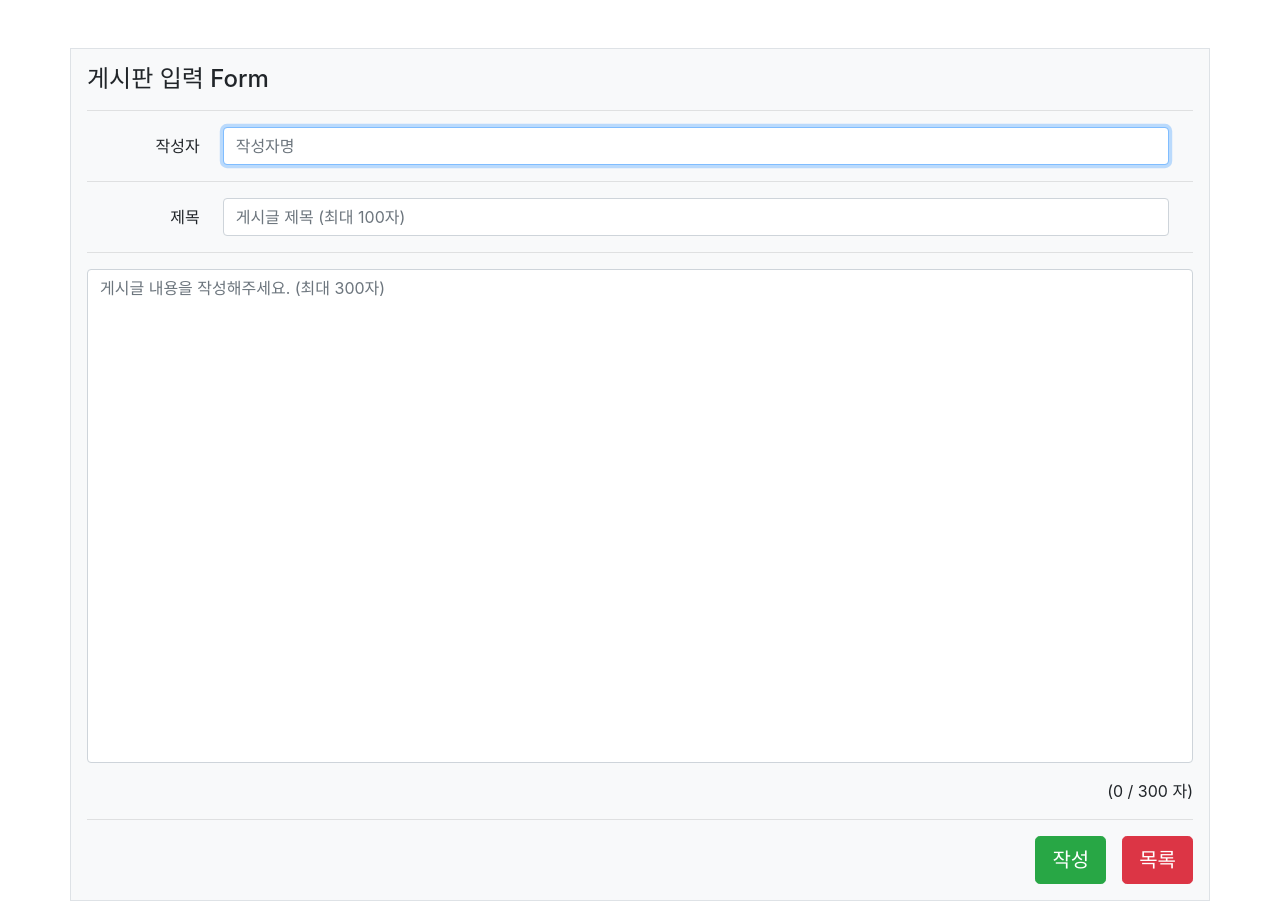
Repository: rasz60/ezen
Page: http://localhost/jspMVC/
The author's editor kept a copy of each file at every save. The page is drawn from the files as they stood at one save, then again after the next save.
The browser window is 1280 px wide. The pictures show the whole page.
Some web libraries are served in a nearby version. The page is served by Tomcat 9.

Above is the page before, as saved 2022-02-15 01:36:41.

After the next save:
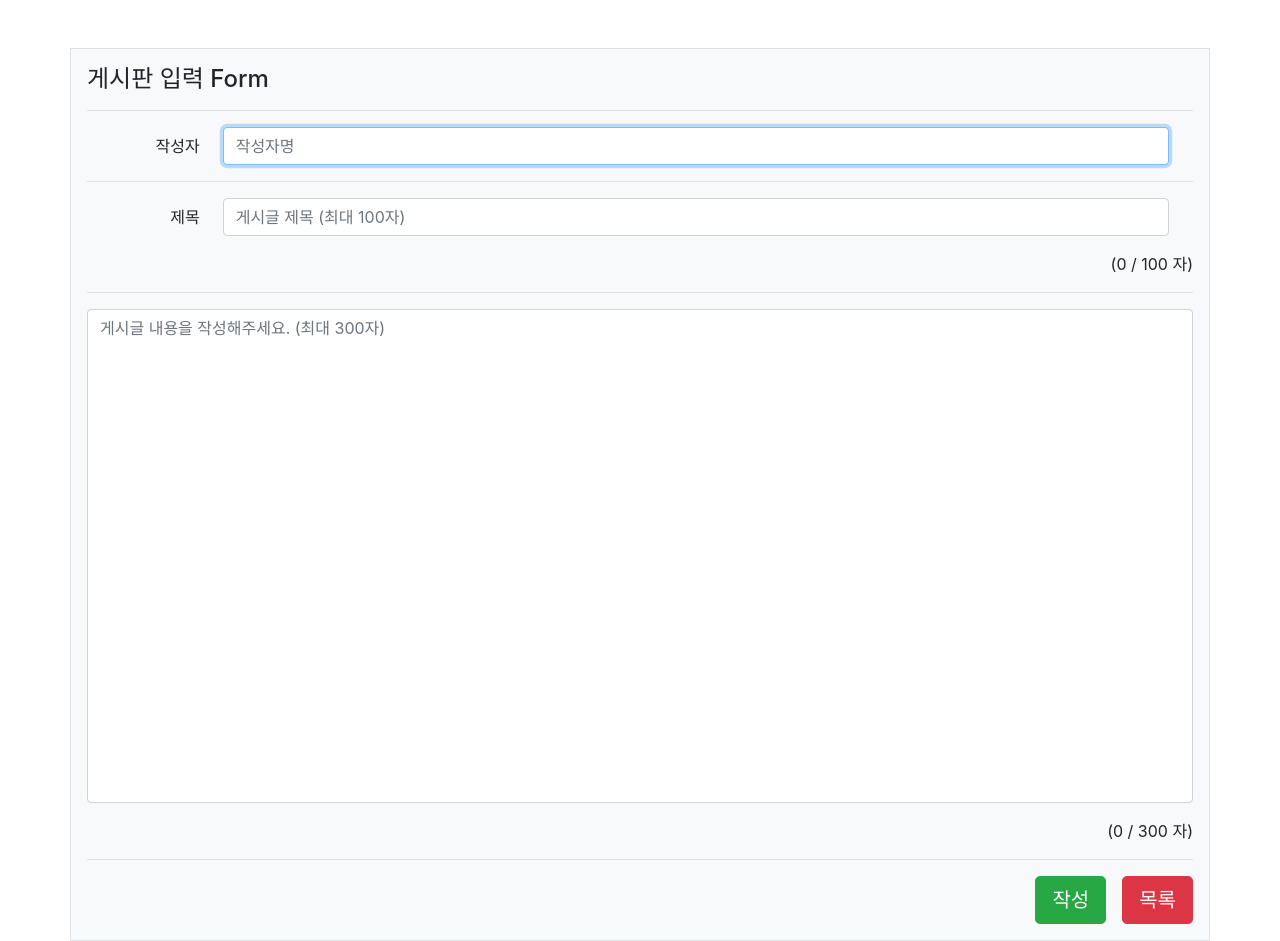
Saved 34 s later.
--- a/04_jsp_servlet-workspace/jspMVC/src/main/webapp/writeForm.jsp
+++ b/04_jsp_servlet-workspace/jspMVC/src/main/webapp/writeForm.jsp
@@ -49,6 +49,7 @@ textarea {
 			<label for="bTitle" class="col-1 text-right ml-5 mr-2 my-auto">제목</label>
 			<input type="text" name="bTitle" id="bTitle" class="form-control col-10" placeholder="게시글 제목 (최대 100자)"/>
 		</div>
+		<span class="d-flex justify-content-end">(0 / 100 자)</span>
 		<hr />
 		<div class="form-group text-center">
 			<textarea name="bContent" id="bContent" cols="100" rows="20" class="form-control" placeholder="게시글 내용을 작성해주세요. (최대 300자)"></textarea>
